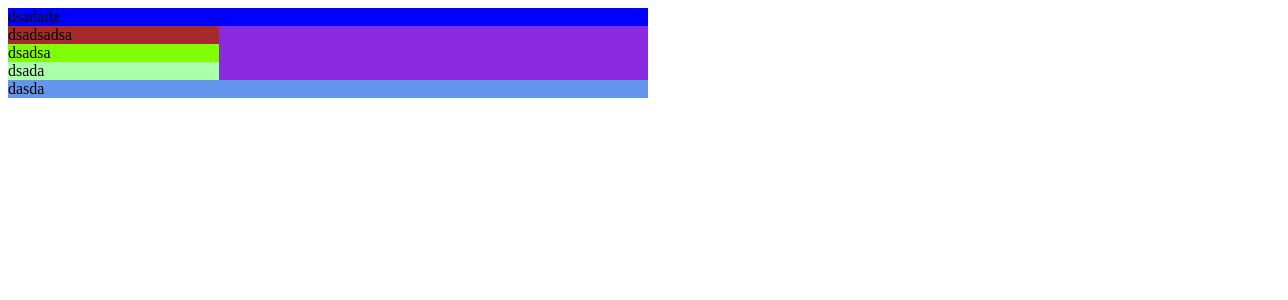
Repository: Gumiin/studia
Page: exercise 1/index.html
An editor plug-in stored every save of this project. The page is shown before and after the next save, followed by the edit.
The browser window is 1280 px wide. The page is 1288 px wide, so the pictures cover 1288 px, including what lies to the right of the window. The pictures show the whole page.

Above is the page before, as saved 2021-03-10 18:19:04.

### exercise 1/index.html
<!DOCTYPE html>
<html lang="en">
<head>
    <meta charset="UTF-8">
    <meta http-equiv="X-UA-Compatible" content="IE=edge">
    <meta name="viewport" content="width=device-width, initial-scale=1.0">
    <link rel="stylesheet" href="style.css">
    <title>Document</title>
</head>
<body>
    <div id="baner">
        dsadada
    </div>
    <div id="middle_content">
        <div id="m_left">
            dsadsadsa
        </div>
        <div id="m_middle">
            dsadsa
        </div>
        <div id="m_right">
            dsada
        </div>
    </div>
    <div id="footer">
        dasda
    </div>

</body>
</html>

### exercise 1/style.css
body{
    width: 100%;
    height: 100%;
}

#baner{
    background-color: blue;
    width: 50%;
}
#middle_content{
    background-color: blueviolet;
    width: 50%;
}
#m_left{
    background-color: brown;
    width: 33%;
    position: relative;
}
#m_middle{
    background-color: chartreuse;
    width: 33%;
    position: relative;
}
#m_right{
    background-color: #aaffaa;
    width: 33%;
}
#footer{
    background-color: cornflowerblue;
    width: 50%;
}

After the next save:
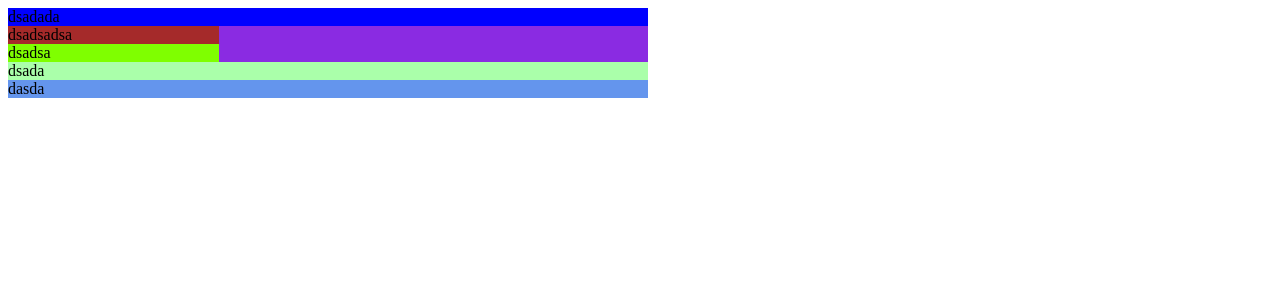
Saved 4 s later.
--- a/exercise 1/style.css
+++ b/exercise 1/style.css
@@ -23,7 +23,7 @@ body{
 }
 #m_right{
     background-color: #aaffaa;
-    width: 33%;
+    position: relative;
 }
 #footer{
     background-color: cornflowerblue;

After the save that followed:
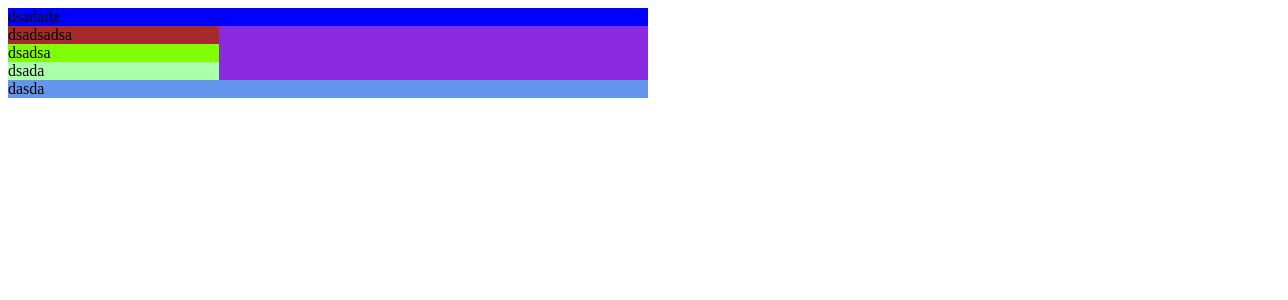
Saved 13 s later.
--- a/exercise 1/style.css
+++ b/exercise 1/style.css
@@ -24,6 +24,7 @@ body{
 #m_right{
     background-color: #aaffaa;
     position: relative;
+    width: 33%;
 }
 #footer{
     background-color: cornflowerblue;
